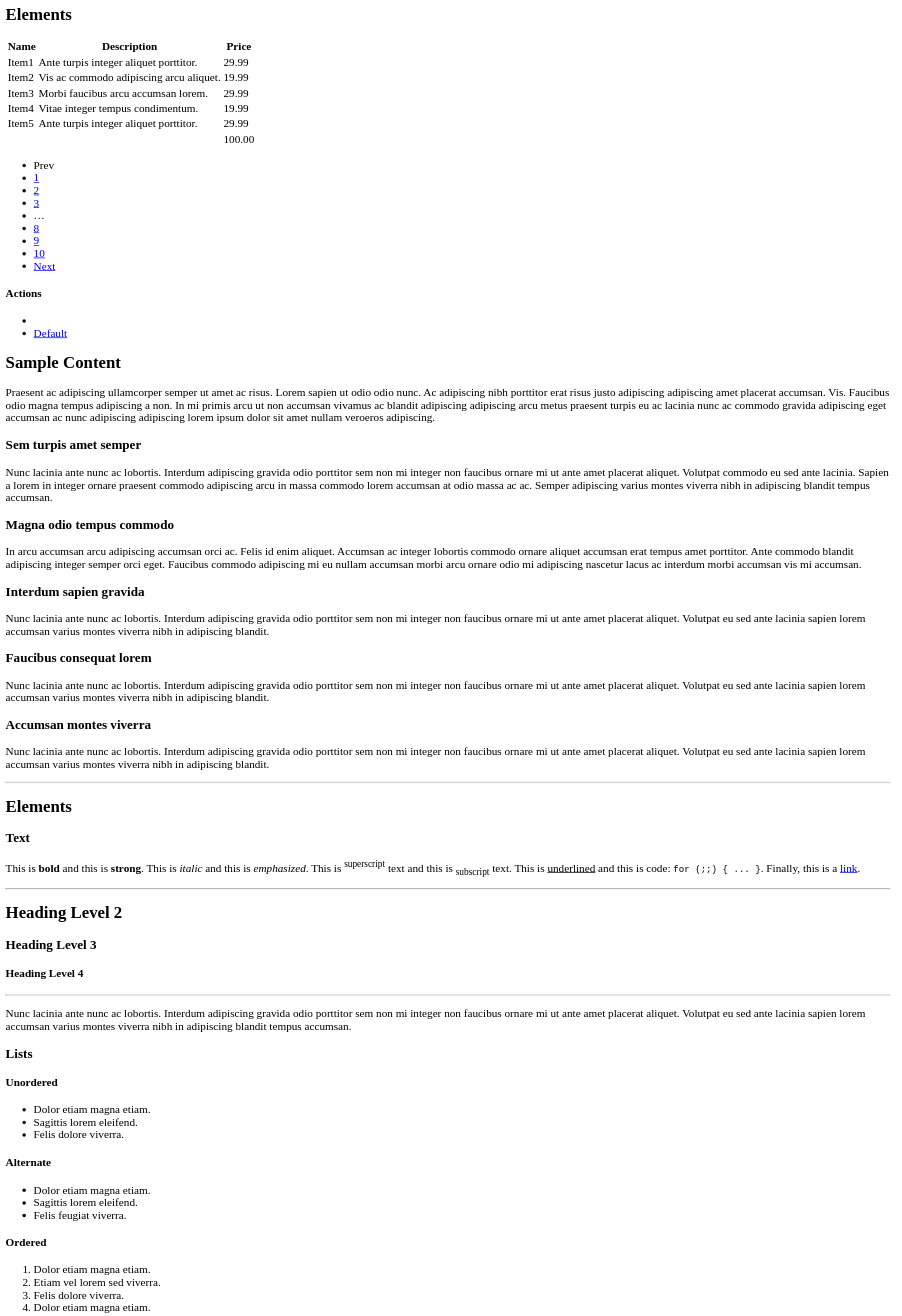
Repository: noCountJun/blog
Page: http://localhost/blogProject2/WEB-INF/views/board/boardList.jsp
The author's editor kept a copy of each file at every save. The page is drawn from the files as they stood at one save, then again after the next save.
The browser window is 1280 px wide. The page is 1288 px wide, so the pictures cover 1288 px, including what lies to the right of the window. The pictures show the part of the page from y = 0 to 1880 px (the page is 8179 px tall before and 8122 px after), at 70% of full size.
The page is served by Tomcat 9. Nobody is signed in. Other server files are loaded and not shown. The template is opened directly, without the code that normally fills it, so the values that code supplies are empty.

Above is the page before, as saved 2019-08-21 05:23:06.

### blogProject2/src/main/webapp/WEB-INF/views/board/boardList.jsp
<%@ page contentType="text/html; charset=utf-8" pageEncoding="utf-8"%>
<%@ taglib uri="http://java.sun.com/jsp/jstl/core" prefix="c" %>
<%@ page session="false" %>

<!-- Content -->
<section>
	<header class="main">
		<h1>Elements</h1>
	</header>
	<div class="table-wrapper">
		<table>
			<thead>
				<tr>
					<th>Name</th>
					<th>Description</th>
					<th>Price</th>
				</tr>
			</thead>
			<tbody>
				<tr>
					<td>Item1</td>
					<td>Ante turpis integer aliquet porttitor.</td>
					<td>29.99</td>
				</tr>
				<tr>
					<td>Item2</td>
					<td>Vis ac commodo adipiscing arcu aliquet.</td>
					<td>19.99</td>
				</tr>
				<tr>
					<td>Item3</td>
					<td> Morbi faucibus arcu accumsan lorem.</td>
					<td>29.99</td>
				</tr>
				<tr>
					<td>Item4</td>
					<td>Vitae integer tempus condimentum.</td>
					<td>19.99</td>
				</tr>
				<tr>
					<td>Item5</td>
					<td>Ante turpis integer aliquet porttitor.</td>
					<td>29.99</td>
				</tr>
			</tbody>
			<tfoot>
				<tr>
					<td colspan="2"></td>
					<td>100.00</td>
				</tr>
			</tfoot>
		</table>
	</div>
	<ul class="pagination">
		<li><span class="button disabled">Prev</span></li>
		<li><a href="#" class="page active">1</a></li>
		<li><a href="#" class="page">2</a></li>
		<li><a href="#" class="page">3</a></li>
		<li><span>&hellip;</span></li>
		<li><a href="#" class="page">8</a></li>
		<li><a href="#" class="page">9</a></li>
		<li><a href="#" class="page">10</a></li>
		<li><a href="#" class="button">Next</a></li>

	</ul>

					<h4>Actions</h4>
					<ul class="actions">
						<li><a href="#" class="button primary"></a></li>
						<li><a href="#" class="button">Default</a></li>
					</ul>

	<!-- Content -->
		<h2 id="content">Sample Content</h2>
		<p>Praesent ac adipiscing ullamcorper semper ut amet ac risus. Lorem sapien ut odio odio nunc. Ac adipiscing nibh porttitor erat risus justo adipiscing adipiscing amet placerat accumsan. Vis. Faucibus odio magna tempus adipiscing a non. In mi primis arcu ut non accumsan vivamus ac blandit adipiscing adipiscing arcu metus praesent turpis eu ac lacinia nunc ac commodo gravida adipiscing eget accumsan ac nunc adipiscing adipiscing lorem ipsum dolor sit amet nullam veroeros adipiscing.</p>
		<div class="row">
			<div class="col-6 col-12-small">
				<h3>Sem turpis amet semper</h3>
				<p>Nunc lacinia ante nunc ac lobortis. Interdum adipiscing gravida odio porttitor sem non mi integer non faucibus ornare mi ut ante amet placerat aliquet. Volutpat commodo eu sed ante lacinia. Sapien a lorem in integer ornare praesent commodo adipiscing arcu in massa commodo lorem accumsan at odio massa ac ac. Semper adipiscing varius montes viverra nibh in adipiscing blandit tempus accumsan.</p>
			</div>
			<div class="col-6 col-12-small">
				<h3>Magna odio tempus commodo</h3>
				<p>In arcu accumsan arcu adipiscing accumsan orci ac. Felis id enim aliquet. Accumsan ac integer lobortis commodo ornare aliquet accumsan erat tempus amet porttitor. Ante commodo blandit adipiscing integer semper orci eget. Faucibus commodo adipiscing mi eu nullam accumsan morbi arcu ornare odio mi adipiscing nascetur lacus ac interdum morbi accumsan vis mi accumsan.</p>
			</div>
			<!-- Break -->
			<div class="col-4 col-12-medium">
				<h3>Interdum sapien gravida</h3>
				<p>Nunc lacinia ante nunc ac lobortis. Interdum adipiscing gravida odio porttitor sem non mi integer non faucibus ornare mi ut ante amet placerat aliquet. Volutpat eu sed ante lacinia sapien lorem accumsan varius montes viverra nibh in adipiscing blandit.</p>
			</div>
			<div class="col-4 col-12-medium">
				<h3>Faucibus consequat lorem</h3>
				<p>Nunc lacinia ante nunc ac lobortis. Interdum adipiscing gravida odio porttitor sem non mi integer non faucibus ornare mi ut ante amet placerat aliquet. Volutpat eu sed ante lacinia sapien lorem accumsan varius montes viverra nibh in adipiscing blandit.</p>
			</div>
			<div class="col-4 col-12-medium">
				<h3>Accumsan montes viverra</h3>
				<p>Nunc lacinia ante nunc ac lobortis. Interdum adipiscing gravida odio porttitor sem non mi integer non faucibus ornare mi ut ante amet placerat aliquet. Volutpat eu sed ante lacinia sapien lorem accumsan varius montes viverra nibh in adipiscing blandit.</p>
			</div>
		</div>

	<hr class="major" />

	<!-- Elements -->
		<h2 id="elements">Elements</h2>
		<div class="row gtr-200">
			<div class="col-6 col-12-medium">

				<!-- Text stuff -->
					<h3>Text</h3>
					<p>This is <b>bold</b> and this is <strong>strong</strong>. This is <i>italic</i> and this is <em>emphasized</em>.
					This is <sup>superscript</sup> text and this is <sub>subscript</sub> text.
					This is <u>underlined</u> and this is code: <code>for (;;) { ... }</code>.
					Finally, this is a <a href="#">link</a>.</p>
					<hr />
					<h2>Heading Level 2</h2>
					<h3>Heading Level 3</h3>
					<h4>Heading Level 4</h4>
					<hr />
					<p>Nunc lacinia ante nunc ac lobortis. Interdum adipiscing gravida odio porttitor sem non mi integer non faucibus ornare mi ut ante amet placerat aliquet. Volutpat eu sed ante lacinia sapien lorem accumsan varius montes viverra nibh in adipiscing blandit tempus accumsan.</p>

				<!-- Lists -->
					<h3>Lists</h3>
					<div class="row">
						<div class="col-6 col-12-small">

							<h4>Unordered</h4>
							<ul>
								<li>Dolor etiam magna etiam.</li>
								<li>Sagittis lorem eleifend.</li>
								<li>Felis dolore viverra.</li>
							</ul>

							<h4>Alternate</h4>
							<ul class="alt">
								<li>Dolor etiam magna etiam.</li>
								<li>Sagittis lorem eleifend.</li>
								<li>Felis feugiat viverra.</li>
							</ul>

						</div>
						<div class="col-6 col-12-small">

							<h4>Ordered</h4>
							<ol>
								<li>Dolor etiam magna etiam.</li>
								<li>Etiam vel lorem sed viverra.</li>
								<li>Felis dolore viverra.</li>
								<li>Dolor etiam magna etiam.</li>
								<li>Etiam vel lorem sed viverra.</li>
								<li>Felis dolore viverra.</li>
							</ol>

							<h4>Icons</h4>
							<ul class="icons">
								<li><a href="#" class="icon brands fa-twitter"><span class="label">Twitter</span></a></li>
								<li><a href="#" class="icon brands fa-facebook-f"><span class="label">Facebook</span></a></li>
								<li><a href="#" class="icon brands fa-instagram"><span class="label">Instagram</span></a></li>
								<li><a href="#" class="icon brands fa-github"><span class="label">Github</span></a></li>
								<li><a href="#" class="icon brands fa-dribbble"><span class="label">Dribbble</span></a></li>
								<li><a href="#" class="icon brands fa-tumblr"><span class="label">Tumblr</span></a></li>
							</ul>

						</div>
					</div>
					<h4>Definition</h4>
					<dl>
						<dt>Item1</dt>
						<dd>
							<p>Lorem ipsum dolor vestibulum ante ipsum primis in faucibus vestibulum. Blandit adipiscing eu felis iaculis volutpat ac adipiscing accumsan eu faucibus. Integer ac pellentesque praesent. Lorem ipsum dolor.</p>
						</dd>
						<dt>Item2</dt>
						<dd>
							<p>Lorem ipsum dolor vestibulum ante ipsum primis in faucibus vestibulum. Blandit adipiscing eu felis iaculis volutpat ac adipiscing accumsan eu faucibus. Integer ac pellentesque praesent. Lorem ipsum dolor.</p>
						</dd>
						<dt>Item3</dt>
						<dd>
							<p>Lorem ipsum dolor vestibulum ante ipsum primis in faucibus vestibulum. Blandit adipiscing eu felis iaculis volutpat ac adipiscing accumsan eu faucibus. Integer ac pellentesque praesent. Lorem ipsum dolor.</p>
						</dd>
					</dl>

					<h4>Actions</h4>
					<ul class="actions">
						<li><a href="#" class="button primary">Default</a></li>
						<li><a href="#" class="button">Default</a></li>
					</ul>
					<ul class="actions small">
						<li><a href="#" class="button primary small">Small</a></li>
						<li><a href="#" class="button small">Small</a></li>
					</ul>
					<div class="row">
						<div class="col-6 col-12-small">
							<ul class="actions stacked">
								<li><a href="#" class="button primary">Default</a></li>
								<li><a href="#" class="button">Default</a></li>
							</ul>
						</div>
						<div class="col-6 col-12-small">
							<ul class="actions stacked">
								<li><a href="#" class="button primary small">Small</a></li>
								<li><a href="#" class="button small">Small</a></li>
							</ul>
						</div>
						<div class="col-6 col-12-small">
							<ul class="actions stacked">
								<li><a href="#" class="button primary fit">Default</a></li>
								<li><a href="#" class="button fit">Default</a></li>
							</ul>
						</div>
						<div class="col-6 col-12-small">
							<ul class="actions stacked">
								<li><a href="#" class="button primary small fit">Small</a></li>
								<li><a href="#" class="button small fit">Small</a></li>
							</ul>
						</div>
					</div>

					<h4>Pagination</h4>
					<ul class="pagination">
						<li><span class="button disabled">Prev</span></li>
						<li><a href="#" class="page active">1</a></li>
						<li><a href="#" class="page">2</a></li>
						<li><a href="#" class="page">3</a></li>
						<li><span>&hellip;</span></li>
						<li><a href="#" class="page">8</a></li>
						<li><a href="#" class="page">9</a></li>
						<li><a href="#" class="page">10</a></li>
						<li><a href="#" class="button">Next</a></li>
					</ul>

				<!-- Blockquote -->
					<h3>Blockquote</h3>
					<blockquote>Lorem ipsum dolor vestibulum ante ipsum primis in faucibus vestibulum. Blandit adipiscing eu felis iaculis volutpat ac adipiscing accumsan eu faucibus. Integer ac pellentesque praesent. Lorem ipsum dolor. Lorem ipsum dolor vestibulum ante ipsum primis in faucibus vestibulum. Blandit adipiscing eu felis iaculis volutpat ac adipiscing accumsan eu faucibus.</blockquote>

				<!-- Table -->
					<h3>Table</h3>

					<h4>Default</h4>
					<div class="table-wrapper">
						<table>
							<thead>
								<tr>
									<th>Name</th>
									<th>Description</th>
									<th>Price</th>
								</tr>
							</thead>
							<tbody>
								<tr>
									<td>Item1</td>
									<td>Ante turpis integer aliquet porttitor.</td>
									<td>29.99</td>
								</tr>
								<tr>
									<td>Item2</td>
									<td>Vis ac commodo adipiscing arcu aliquet.</td>
									<td>19.99</td>
								</tr>
								<tr>
									<td>Item3</td>
									<td> Morbi faucibus arcu accumsan lorem.</td>
									<td>29.99</td>
								</tr>
								<tr>
									<td>Item4</td>
									<td>Vitae integer tempus condimentum.</td>
									<td>19.99</td>
								</tr>
								<tr>
									<td>Item5</td>
									<td>Ante turpis integer aliquet porttitor.</td>
									<td>29.99</td>
								</tr>
							</tbody>
							<tfoot>
								<tr>
									<td colspan="2"></td>
									<td>100.00</td>
								</tr>
							</tfoot>
						</table>
					</div>

					<h4>Alternate</h4>
					<div class="table-wrapper">
						<table class="alt">
							<thead>
								<tr>
									<th>Name</th>
									<th>Description</th>
									<th>Price</th>
								</tr>
							</thead>
							<tbody>
								<tr>
									<td>Item1</td>
									<td>Ante turpis integer aliquet porttitor.</td>
									<td>29.99</td>
								</tr>
								<tr>
									<td>Item2</td>
									<td>Vis ac commodo adipiscing arcu aliquet.</td>
									<td>19.99</td>
								</tr>
								<tr>
									<td>Item3</td>
									<td> Morbi faucibus arcu accumsan lorem.</td>
									<td>29.99</td>
								</tr>
								<tr>
									<td>Item4</td>
									<td>Vitae integer tempus condimentum.</td>
									<td>19.99</td>
								</tr>
								<tr>
									<td>Item5</td>
									<td>Ante turpis integer aliquet porttitor.</td>
									<td>29.99</td>
								</tr>
							</tbody>
							<tfoot>
								<tr>
									<td colspan="2"></td>
									<td>100.00</td>
								</tr>
							</tfoot>
						</table>
					</div>

			</div>
			<div class="col-6 col-12-medium">

				<!-- Buttons -->
					<h3>Buttons</h3>
					<ul class="actions">
						<li><a href="#" class="button primary">Primary</a></li>
						<li><a href="#" class="button">Default</a></li>
					</ul>
					<ul class="actions">
						<li><a href="#" class="button large">Large</a></li>
						<li><a href="#" class="button">Default</a></li>
						<li><a href="#" class="button small">Small</a></li>
					</ul>
					<ul class="actions">
						<li><a href="#" class="button primary large">Large</a></li>
						<li><a href="#" class="button primary">Default</a></li>
						<li><a href="#" class="button primary small">Small</a></li>
					</ul>
					<ul class="actions fit">
						<li><a href="#" class="button primary fit">Fit</a></li>
						<li><a href="#" class="button fit">Fit</a></li>
					</ul>
					<ul class="actions fit small">
						<li><a href="#" class="button primary fit small">Fit + Small</a></li>
						<li><a href="#" class="button fit small">Fit + Small</a></li>
					</ul>
					<ul class="actions">
						<li><a href="#" class="button primary icon solid fa-search">Icon</a></li>
						<li><a href="#" class="button icon solid fa-download">Icon</a></li>
					</ul>
					<ul class="actions">
						<li><span class="button primary disabled">Primary</span></li>
						<li><span class="button disabled">Default</span></li>
					</ul>

				<!-- Form -->
					<h3>Form</h3>

					<form method="post" action="#">
						<div class="row gtr-uniform">
							<div class="col-6 col-12-xsmall">
								<input type="text" name="demo-name" id="demo-name" value="" placeholder="Name" />
							</div>
							<div class="col-6 col-12-xsmall">
								<input type="email" name="demo-email" id="demo-email" value="" placeholder="Email" />
							</div>
							<!-- Break -->
							<div class="col-12">
								<select name="demo-category" id="demo-category">
									<option value="">- Category -</option>
									<option value="1">Manufacturing</option>
									<option value="1">Shipping</option>
									<option value="1">Administration</option>
									<option value="1">Human Resources</option>
								</select>
							</div>
							<!-- Break -->
							<div class="col-4 col-12-small">
								<input type="radio" id="demo-priority-low" name="demo-priority" checked>
								<label for="demo-priority-low">Low</label>
							</div>
							<div class="col-4 col-12-small">
								<input type="radio" id="demo-priority-normal" name="demo-priority">
								<label for="demo-priority-normal">Normal</label>
							</div>
							<div class="col-4 col-12-small">
								<input type="radio" id="demo-priority-high" name="demo-priority">
								<label for="demo-priority-high">High</label>
							</div>
							<!-- Break -->
							<div class="col-6 col-12-small">
								<input type="checkbox" id="demo-copy" name="demo-copy">
								<label for="demo-copy">Email me a copy</label>
							</div>
							<div class="col-6 col-12-small">
								<input type="checkbox" id="demo-human" name="demo-human" checked>
								<label for="demo-human">I am a human</label>
							</div>
							<!-- Break -->
							<div class="col-12">
								<textarea name="demo-message" id="demo-message" placeholder="Enter your message" rows="6"></textarea>
							</div>
							<!-- Break -->
							<div class="col-12">
								<ul class="actions">
									<li><input type="submit" value="Send Message" class="primary" /></li>
									<li><input type="reset" value="Reset" /></li>
								</ul>
							</div>
						</div>
					</form>

				<!-- Image -->
					<h3>Image</h3>

					<h4>Fit</h4>
					<span class="image fit"><img src="images/pic11.jpg" alt="" /></span>
					<div class="box alt">
						<div class="row gtr-50 gtr-uniform">
							<div class="col-4"><span class="image fit"><img src="images/pic01.jpg" alt="" /></span></div>
							<div class="col-4"><span class="image fit"><img src="images/pic02.jpg" alt="" /></span></div>
							<div class="col-4"><span class="image fit"><img src="images/pic03.jpg" alt="" /></span></div>
							<!-- Break -->
							<div class="col-4"><span class="image fit"><img src="images/pic03.jpg" alt="" /></span></div>
							<div class="col-4"><span class="image fit"><img src="images/pic01.jpg" alt="" /></span></div>
							<div class="col-4"><span class="image fit"><img src="images/pic02.jpg" alt="" /></span></div>
							<!-- Break -->
							<div class="col-4"><span class="image fit"><img src="images/pic02.jpg" alt="" /></span></div>
							<div class="col-4"><span class="image fit"><img src="images/pic03.jpg" alt="" /></span></div>
							<div class="col-4"><span class="image fit"><img src="images/pic01.jpg" alt="" /></span></div>
						</div>
					</div>

					<h4>Left &amp; Right</h4>
					<p><span class="image left"><img src="images/pic01.jpg" alt="" /></span>Lorem ipsum dolor sit accumsan interdum nisi, quis tincidunt felis sagittis eget. tempus euismod. Vestibulum ante ipsum primis in faucibus vestibulum. Blandit adipiscing eu felis iaculis volutpat ac adipiscing accumsan eu faucibus. Integer ac pellentesque praesent tincidunt felis sagittis eget. tempus euismod. Vestibulum ante ipsum primis sagittis eget. tempus euismod. Vestibulum ante ipsum primis in faucibus vestibulum. Blandit adipiscing eu felis iaculis volutpat ac adipiscing accumsan eu faucibus. Integer ac pellentesque praesent.</p>
					<p><span class="image right"><img src="images/pic02.jpg" alt="" /></span>Lorem ipsum dolor sit accumsan interdum nisi, quis tincidunt felis sagittis eget. tempus euismod. Vestibulum ante ipsum primis in faucibus vestibulum. Blandit adipiscing eu felis iaculis volutpat ac adipiscing accumsan eu faucibus. Integer ac pellentesque praesent tincidunt felis sagittis eget. tempus euismod. Vestibulum ante ipsum primis sagittis eget. tempus euismod. Vestibulum ante ipsum primis in faucibus vestibulum. Blandit adipiscing eu felis iaculis volutpat ac adipiscing accumsan eu faucibus. Integer ac pellentesque praesent.</p>

				<!-- Box -->
					<h3>Box</h3>
					<div class="box">
						<p>Felis sagittis eget tempus primis in faucibus vestibulum. Blandit adipiscing eu felis iaculis volutpat ac adipiscing accumsan eu faucibus. Integer ac pellentesque praesent tincidunt felis sagittis eget. tempus euismod. Magna sed etiam ante ipsum primis in faucibus vestibulum.</p>
					</div>

				<!-- Preformatted Code -->
					<h3>Preformatted</h3>
					<pre><code>i = 0;

while (!deck.isInOrder()) {
    print 'Iteration ' + i;
    deck.shuffle();
    i++;
}

print 'It took ' + i + ' iterations to sort the deck.';
</code></pre>

			</div>
		</div>

</section>

After the next save:
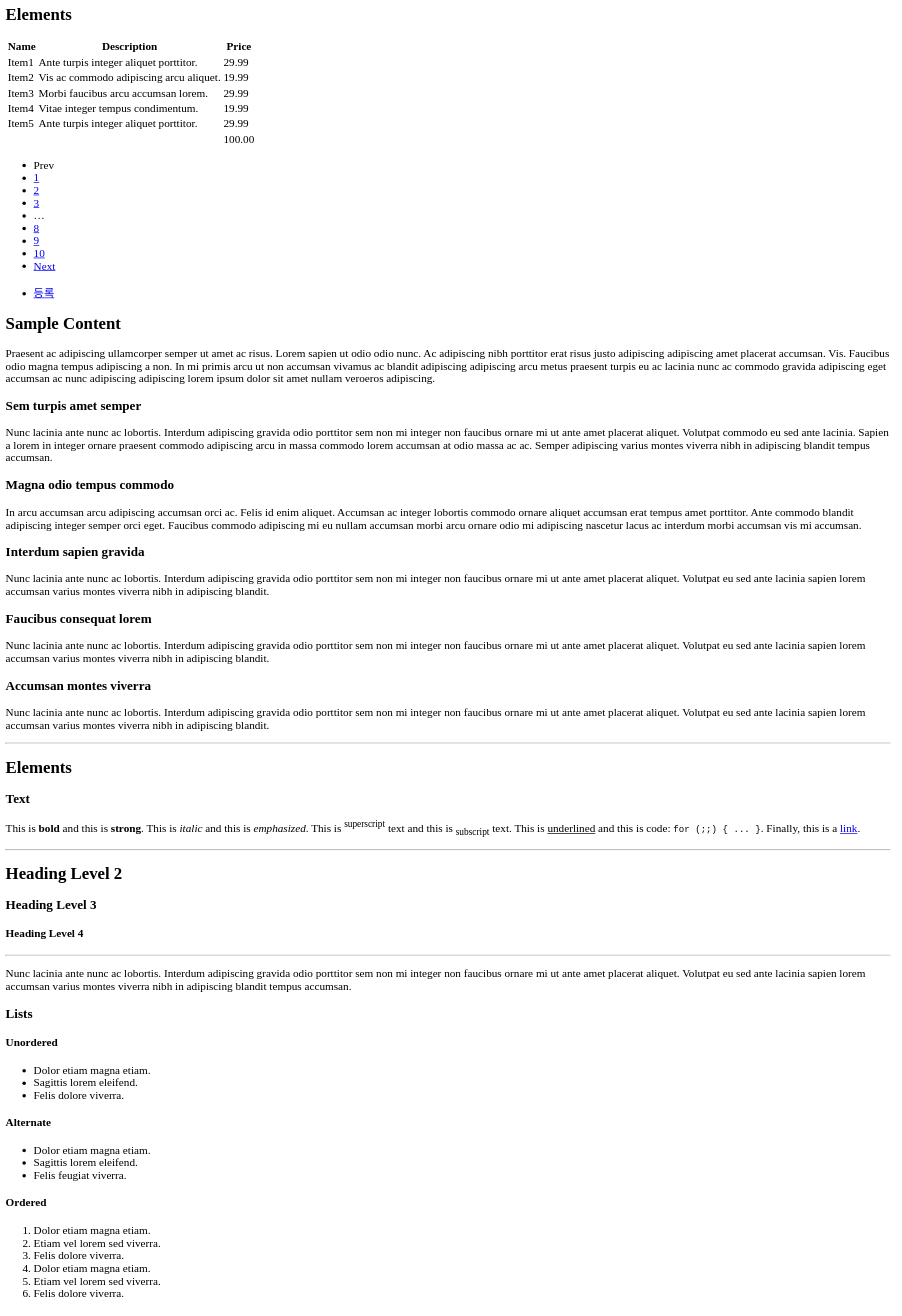
Saved 57 s later.
--- a/blogProject2/src/main/webapp/WEB-INF/views/board/boardList.jsp
+++ b/blogProject2/src/main/webapp/WEB-INF/views/board/boardList.jsp
@@ -63,12 +63,9 @@
 		<li><a href="#" class="button">Next</a></li>
 
 	</ul>
-
-					<h4>Actions</h4>
-					<ul class="actions">
-						<li><a href="#" class="button primary"></a></li>
-						<li><a href="#" class="button">Default</a></li>
-					</ul>
+	<ul class="actions">
+		<li><a href="#" class="button">등록</a></li>
+	</ul>
 
 	<!-- Content -->
 		<h2 id="content">Sample Content</h2>
